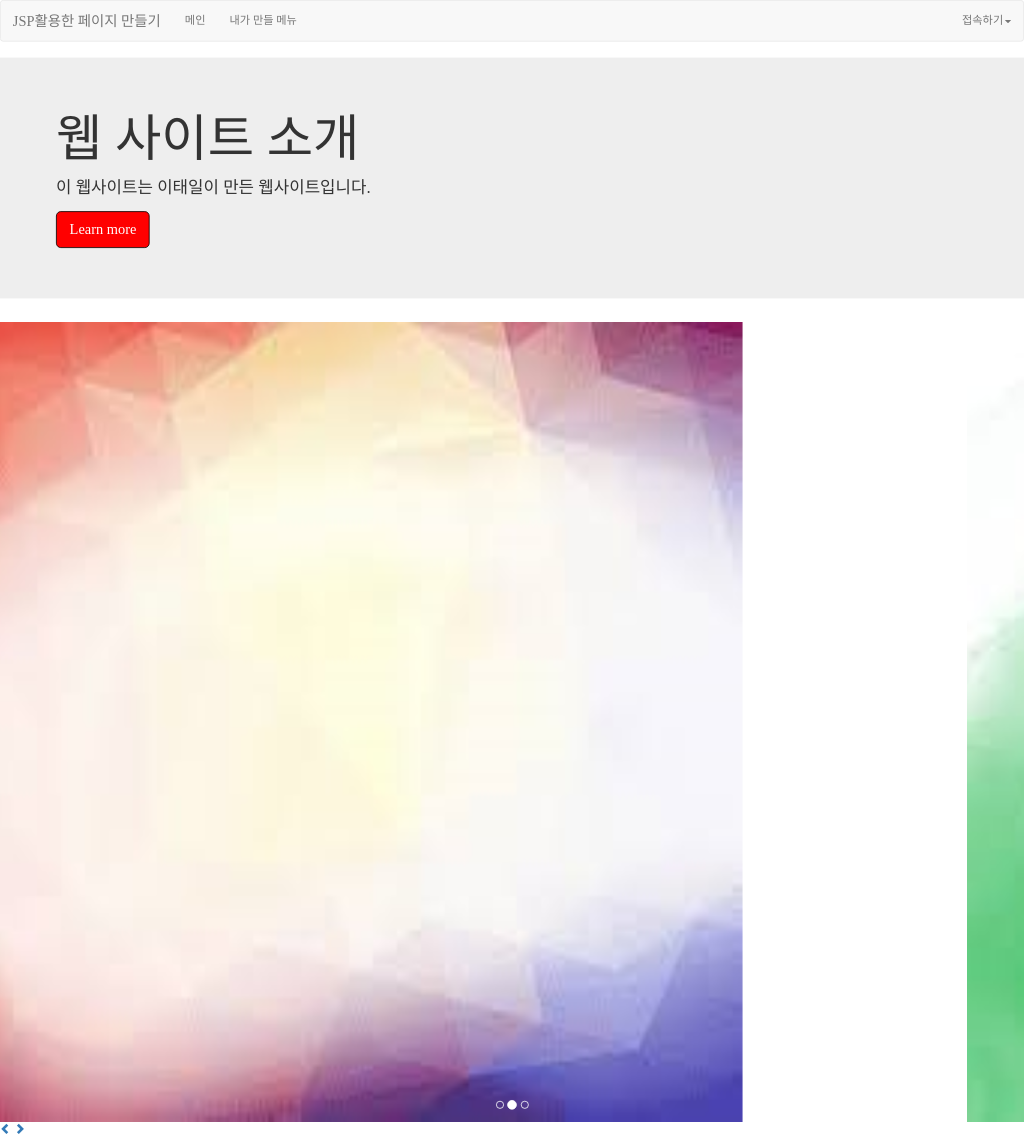
Repository: taeillee1/Newstudy
Page: http://localhost/SpringMVCJava/WEB-INF/views/mainpage.jsp
An editor plug-in stored every save of this project. The page is shown before and after the next save, followed by the edit.
The browser window is 1280 px wide. The pictures show the whole page, at 80% of full size.
Some web fonts or font styles are not loaded; a fallback is used. Some web libraries are served in a nearby version. The page is served by Tomcat 9. Nobody is signed in. Other server files are loaded and not shown. The template is opened directly, without the code that normally fills it, so the values that code supplies are empty.

Above is the page before, as saved 2022-01-08 10:33:31.

### Newpage/SpringMVCJava/src/main/webapp/WEB-INF/views/mainpage.jsp
<%@ page language="java" contentType="text/html; charset=UTF-8"
    pageEncoding="UTF-8"%>
<%@ page import="java.io.PrintWriter" %>
<!DOCTYPE html>
<html>
<head>
<meta http-equiv="Content-Type" content="text/html; charset=UTF-8">
<meta name="viewport" content="width=device-width",initial-scale="1">
<link rel="stylesheet" type="text/css" href="https://stackpath.bootstrapcdn.com/bootstrap/3.1.1/css/bootstrap.min.css">
<link rel="stylesheet" type="text/css" href="css/onlymine.css">
<title>Insert title here</title>
<style>
	.hi{
		background-color:yellow;
		font-size:30px;
	}
</style>
</head>
<body>
	<%
		String userID=null;
		if(session.getAttribute("userID") != null){
			userID=(String)session.getAttribute("userID");
		}
	%>
	<nav class="navbar navbar-default">
		<div class="navbar-header">
			<a class="navbar-brand" href ="mainpage">JSP활용한 페이지 만들기</a>
			<button type="button" class="navbar-toggle collapsed" data-toggle="collapse"
			data-target="#bs-example-navbar-collapse-1" aria-expanded="false"> <!-- collapse는 숨기기 기능  -->
				<span class="icon-bar"></span>
				<span class="icon-bar"></span>
				<span class="icon-bar"></span>

			</button>
		</div>
		<div class="collapse navbar-collapse" id =bs-example-navbar-collapse-1>
			<ul class="nav navbar-nav">
				<li><a href="mainpage">메인</a></li>
				<li><a href="Mymenu">내가 만들 메뉴</a></li>
			</ul>

			<%
			if(userID==null){
			%>
			<ul class="nav navbar-nav navbar-right">
				<li class="dropdown">
					<a href="#" class="dropdown-toggle" data-toggle="dropdown" role="button" aria-haspopup="true"
					aria-expanded="false">접속하기<span class="caret"></span></a>
					<ul class="dropdown-menu">
						<li><a href="login">로그인</a></li>
						<li><a href="join">회원가입</a></li>
					</ul>
				</li>
			</ul>
			<%
				}else{
			%>
			<ul class="nav navbar-nav navbar-right">
				<li class="dropdown">
					<a href="#" class="dropdown-toggle" data-toggle="dropdown" role="button" aria-haspopup="true"
					aria-expanded="false">회원관리<span class="caret"></span></a>
					<ul class="dropdown-menu">
						<li class="hi"><a href="#"><%= userID %></a></li>
						<li><a href="logoutAction">로그아웃</a></li>

					</ul>
				</li>
			</ul>
			<%
				}
			%>

		</div>
	</nav>
	<div class="jumbotron">
		<div class="container">
			<h1>웹 사이트 소개</h1>
			<p>이 웹사이트는 이태일이 만든 웹사이트입니다.</p>
			<p><a class="btn btn-primary btn-lg" href="#" role="button" style = "background-color: red; border-color:black;">Learn more</a></p>
		</div>
	</div>
	<div id="MyCarousel" class="carousel slide" data-ride="carousel">
		  <ol class="carousel-indicators">
			    <li data-target="#MyCarousel" data-slide-to="0" class="active"></li>
			    <li data-target="#MyCarousel" data-slide-to="1"></li>
			    <li data-target="#MyCarousel" data-slide-to="2"></li>
		  </ol>
		  <div class="carousel-inner">
		    	<div class="item active">
		      		<img src="image/im1.png">
		    	</div>
			    <div class="item">
			      	<img src="image/im2.png">
			    </div>
			    <div class="item">
			      	<img src="image/im3.png">
			    </div>
		  </div>
		  <a class="left control-control" href="#MyCarousel" role="button" data-slide="prev">
			    <span class="glyphicon glyphicon-chevron-left"></span>

		  </a>
		  <a class="right control-control" href="#MyCarousel" role="button" data-slide="next">
			    <span class="glyphicon glyphicon-chevron-right"></span>

		  </a>
	</div>

	<script src="http://code.jquery.com/jquery-3.1.1.min.js"></script>
	<script src="js/bootstrap.js"></script>
</body>
</html>

### Newpage/SpringMVCJava/src/main/webapp/resources/css/onlymine.css
@import url(http://fonts.googleapis.com/earlyaccess/nanumgothic.css);
@import url(http://fonts.googleapis.com/earlyaccess/hanna.css);
*{
	font-family : 'Nanum Gothic';
}
h1{
	font-family : 'Hanna';
}

Loaded but not shown: Newpage/SpringMVCJava/src/main/webapp/resources/js/bootstrap.js (library)

After the next save:
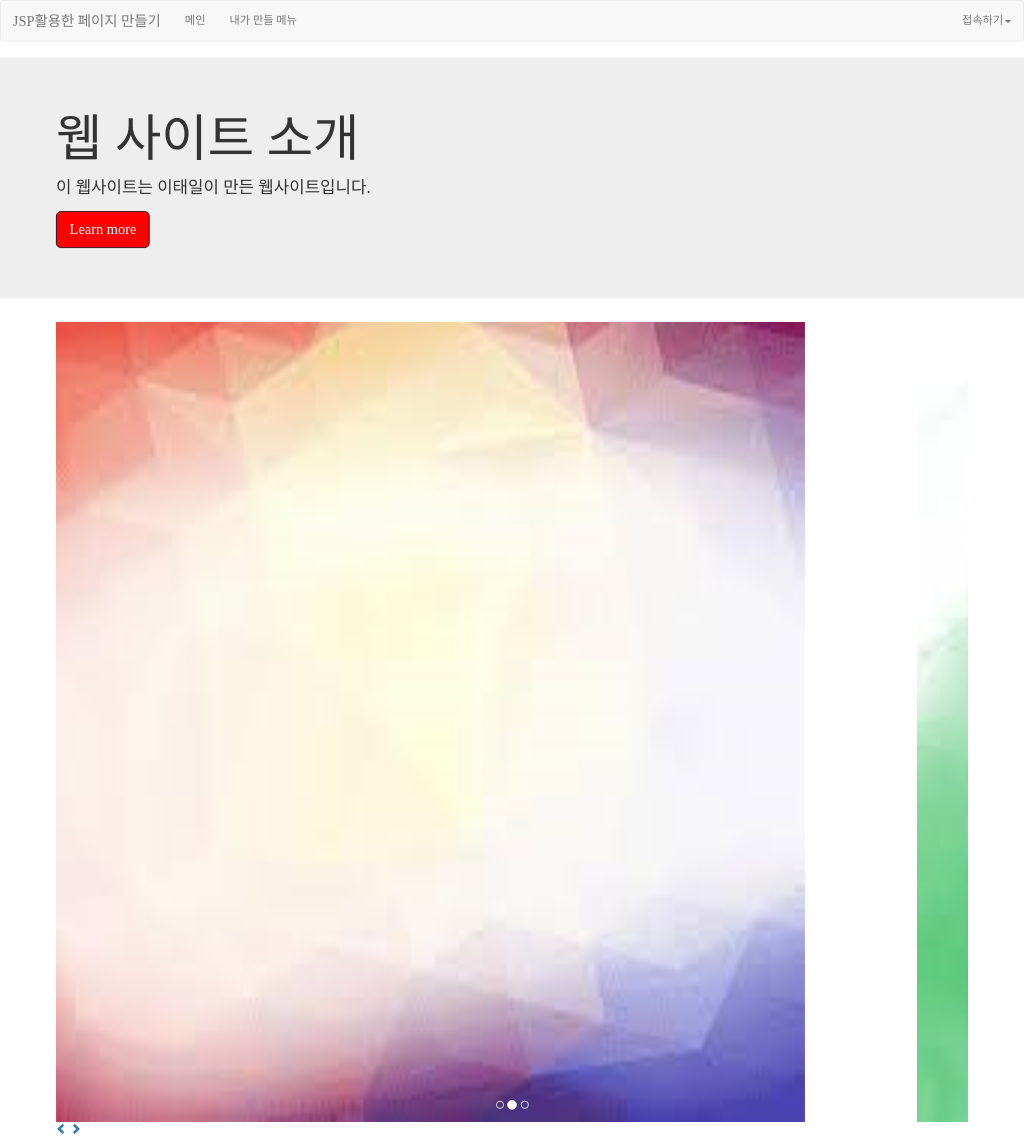
Saved 66 s later.
--- a/Newpage/SpringMVCJava/src/main/webapp/WEB-INF/views/mainpage.jsp
+++ b/Newpage/SpringMVCJava/src/main/webapp/WEB-INF/views/mainpage.jsp
@@ -80,7 +80,8 @@
 			<p><a class="btn btn-primary btn-lg" href="#" role="button" style = "background-color: red; border-color:black;">Learn more</a></p>
 		</div>
 	</div>
-	<div id="MyCarousel" class="carousel slide" data-ride="carousel">
+	<div class="container">
+		<div id="MyCarousel" class="carousel slide" data-ride="carousel">
 		  <ol class="carousel-indicators">
 			    <li data-target="#MyCarousel" data-slide-to="0" class="active"></li>
 			    <li data-target="#MyCarousel" data-slide-to="1"></li>
@@ -106,6 +107,8 @@
 
 		  </a>
 	</div>
+	</div>
+
 
 	<script src="http://code.jquery.com/jquery-3.1.1.min.js"></script>
 	<script src="js/bootstrap.js"></script>
